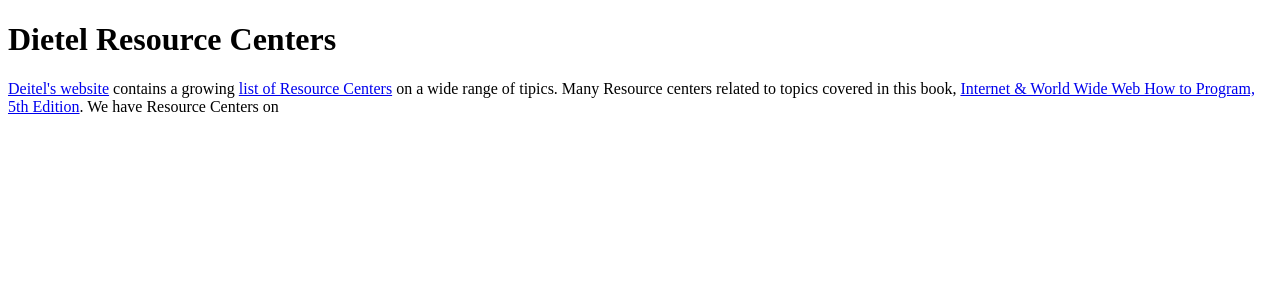
Repository: mlmEFSC21/P20-DOM-Links-Collection
Page: collections.html
These files come from the project's save history. The page is drawn as it stood at one moment and after the next save; the edit follows.
The browser window is 1280 px wide. The pictures show the whole page.

Above is the page before, as saved 2022-04-11 14:23:07.

After the next save:
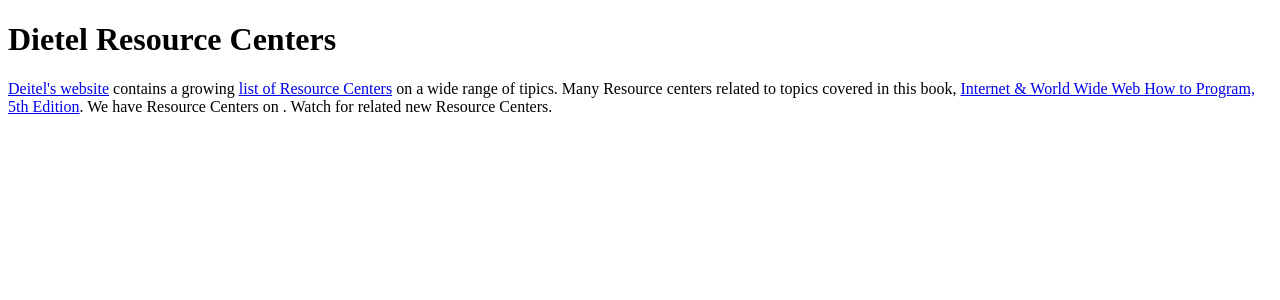
Saved 19 s later.
--- a/collections.html
+++ b/collections.html
@@ -20,7 +20,8 @@
             <a href="http://deitel.com/books/iw3htp5"
                 >Internet & World Wide Web How to Program, 5th Edition</a
             >. We have Resource Centers on <a href="http://"></a><a href="http://"></a
-            ><a href="http://"></a><a href="http://"></a><a href="http://"></a>
+            ><a href="http://"></a><a href="http://"></a><a href="http://"></a>. Watch for related
+            new Resource Centers.
         </p>
     </body>
 </html>
